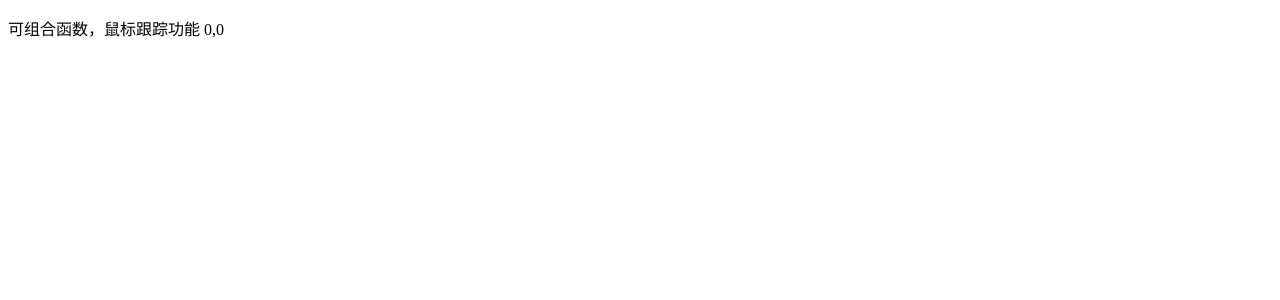
Repository: paranoia-M/vue3-Actions
Page: /combination
These files come from the project's save history. The page is drawn as it stood at one moment and after the next save; the edit follows.
The browser window is 1280 px wide. The pictures show the whole page.
The project was rebuilt for these pictures with package versions that can differ from the ones it lists, and the page was loaded fresh each time. Also part of the build but not shown: vite.config.js, vue.config.js, src/components/demo/Pra.vue, src/components/demo/Pra2.vue, src/components/demo/Pra3.vue, src/components/Component.vue.

Above is the page before, as saved 2022-03-14 10:53:57.

After the next save:
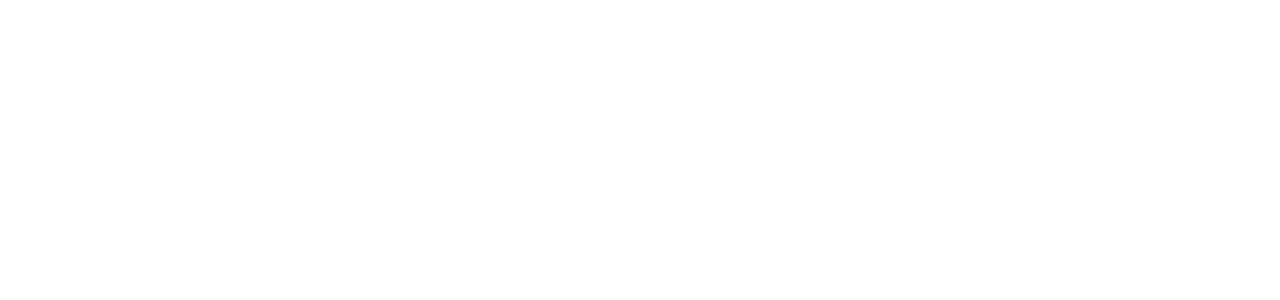
Console error: ReferenceError: onMounted is not defined
Saved 24 s later.
--- a/src/pages/combination/common/event.js
+++ b/src/pages/combination/common/event.js
@@ -1 +1,4 @@
-export function useEventListener(target, event, callback) {}
+export function useEventListener(target, event, callback) {
+  onMounted(() => target.addEventListener("mousemove", update));
+  onUnmounted(() => target.removeEventListener("mousemove", update));
+}

After the 2 saves that followed:
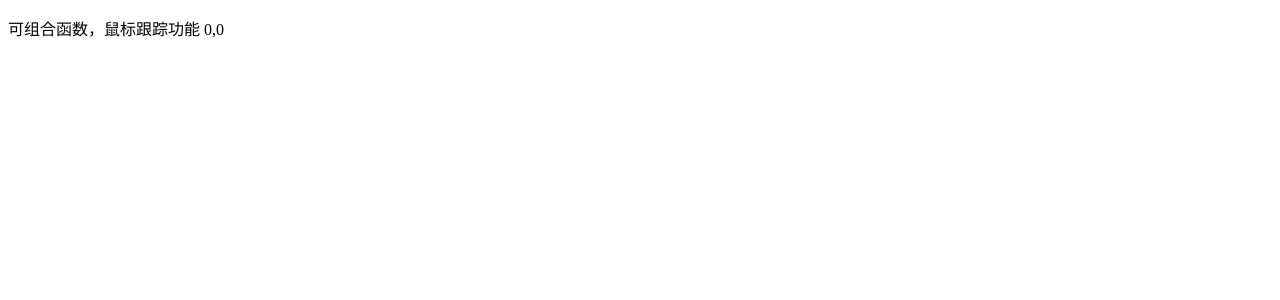
The error is gone.
The 2 saves are shown as one change because 1 left the picture as it was.
The last was saved 41 s later.
--- a/src/pages/combination/common/event.js
+++ b/src/pages/combination/common/event.js
@@ -1,4 +1,7 @@
+// event.js
+import { onMounted, onUnmounted } from "vue";
+
 export function useEventListener(target, event, callback) {
-  onMounted(() => target.addEventListener("mousemove", update));
-  onUnmounted(() => target.removeEventListener("mousemove", update));
+  onMounted(() => target.addEventListener(event, callback));
+  onUnmounted(() => target.removeEventListener(event, callback));
 }
